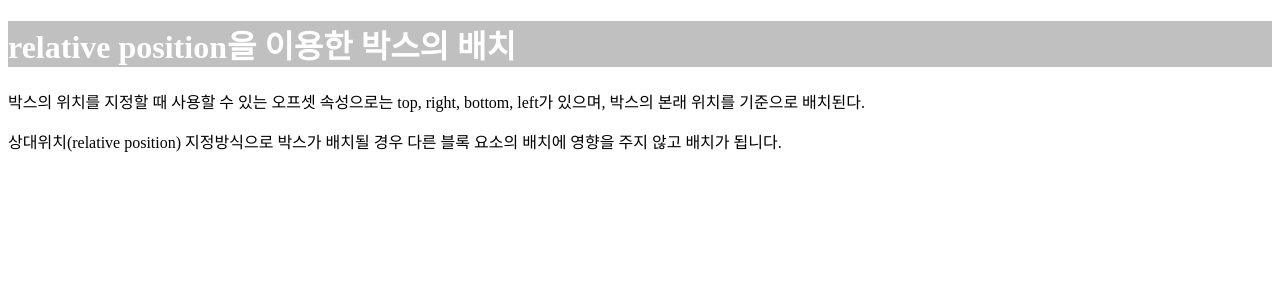
Repository: cussip/SuperHands
Page: WebExam/src/main/webapp/css/box_model/position_relative.html
An editor plug-in stored every save of this project. The page is shown before and after a run of saves, followed by the edit.
The browser window is 1280 px wide. The pictures show the whole page.

Above is the page before, as saved 2022-01-31 05:56:05.

After the next 2 saves:
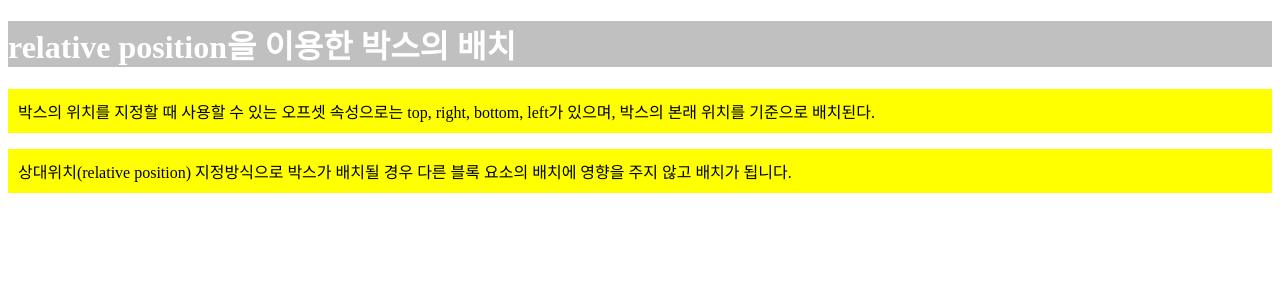
The 2 saves are shown as one change because they came seconds apart.
The last was saved 23 s later.
--- a/WebExam/src/main/webapp/css/box_model/position_relative.html
+++ b/WebExam/src/main/webapp/css/box_model/position_relative.html
@@ -7,6 +7,10 @@
 		h1 {
 			background: silver;
 			color: white;
+		}
+		p {
+			background: yellow;
+			padding: 10px;
 		}
 	</style>
 </head>
